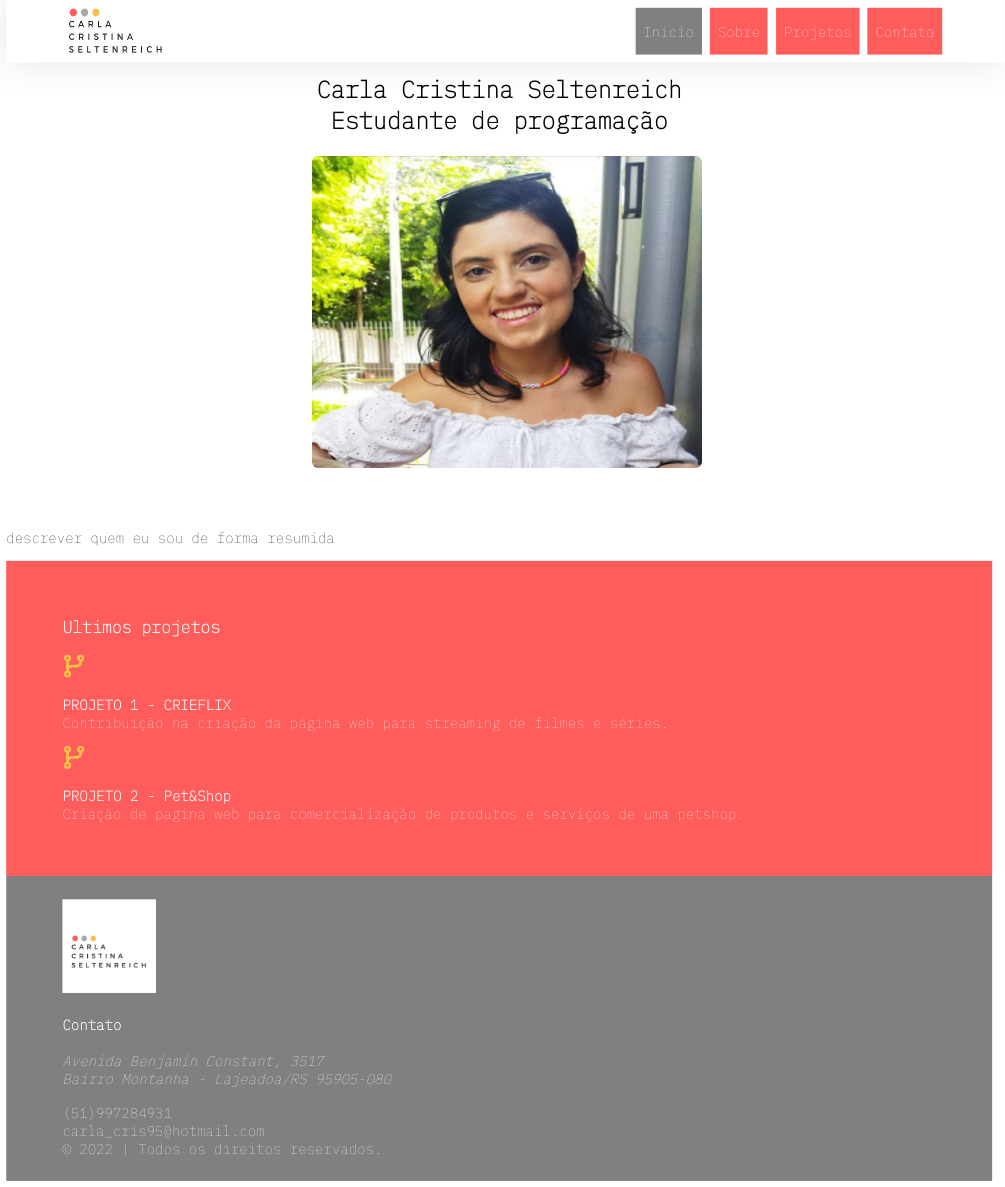
Repository: carla-seltenreich/portfolio
Page: index.html
These files come from the project's save history. The page is drawn as it stood at one moment and after the next save; the edit follows.
The browser window is 1280 px wide. The page is 1288 px wide, so the pictures cover 1288 px, including what lies to the right of the window. The pictures show the whole page, at 78% of full size.

Above is the page before, as saved 2022-05-24 22:43:14.

### index.html
<!DOCTYPE html>
<html lang="en">

<head>
    <meta charset="UTF-8">
    <meta http-equiv="X-UA-Compatible" content="IE=edge">
    <meta name="viewport" content="width=device-width, initial-scale=1.0">
    <title>Carla Cristina Seltenreich</title>
    <link rel="preconnect" href="https://fonts.googleapis.com">
    <link rel="preconnect" href="https://fonts.gstatic.com" crossorigin>
    <link rel="stylesheet" href="style.css">

    <link href="preconnect" href="https://fonts.googleapis.com">
    <link rel="preconnect" href="https://fonts.gstatic.com" crossorigin>
    <link href="https://fonts.googleapis.com/css2?family=IBM+Plex+Mono:wght@100&family=Questrial&display=swap"
        rel="stylesheet">
</head>

<body>
    <header class="header">
        <div class="container header-container">
            <img src="Carla cristina sELTENREICH.jpg" alt="logo" class="brand">
            <ul class="nav">
                <li>
                    <a href="index.html" class="active">Inicio</a>
                </li>
                <li>
                    <a href="about.html">Sobre</a>
                </li>
                <li>
                    <a href="project.html">Projetos</a>
                </li>
                <li>
                    <a href="contact.html">Contato</a>
                </li>
            </ul>
        </div>
    </header>
    <div class="name">
        <h1 class="name-title">
            Carla Cristina Seltenreich<br>
            Estudante de programação
        </h1>
    </div>
    </header>
    <section class="banner">
        <img class="photo-banner" src="carla.png">
    </section>
    <section class="about-home">
        <div class="text-about-home">
            <br>
            <br>
            <br>
            <br>
            <br>
            <br>
            <br>
            <br>
            <br>
            <br>
            <br>
            <br>
            <br>
            <br>
            <br>
            <br>
            <br>
            <br>
            <br>
            <br>
            <title>QUEM SOU EU</title>
            <P>descrever quem eu sou de forma resumida</P>
        </div>
    </section>
    <section class="lastest-projects-home">
        <div class="container">
            <h3>Ultimos projetos</h3>
            <img src="code-branch-solid.svg" alt="logo-project" class="logo-project">
            <p><strong>PROJETO 1 - CRIEFLIX</strong><br>
                Contribuição na criação da página web para streaming de filmes e séries.</p>
            <img src="code-branch-solid.svg" alt="logo-project" class="logo-project">
            <p><strong>PROJETO 2 - Pet&Shop</strong><br>
                Criação de pagina web para comercialização de produtos e serviços de uma petshop.<br>
            </p>
        </div>

    </section>
    <footer class="footer">
        <div class="container">
            <img src="Carla cristina sELTENREICH.png" alt="logo" class="brand">
            <div class="footer-container">
                <div class="footer-contact">
                    <h4>Contato</h4>

                    <address>Avenida Benjamin Constant, 3517 <br />Bairro Montanha - Lajeadoa/RS 95905-080
                    </address>
                    <a href="#">(51)997284931</a>
                    <a href="#">carla_cris95@hotmail.com</a>
                </div>

                <div class="footer-social-medias">

                </div>
                <div class="copyright">© 2022 | Todos os direitos reservados.</div>
            </div>
    </footer>
</body>

</html>

### style.css
body {
    font-family: 'IBM Plex Mono';
    font-size: 18px;
    padding-top: 60px;
}

.container {
    max-width: 1120px;
    margin: 0 auto;
}
.header {
    background: #fff;
    position: absolute;
    width: 100%;
    top: 0;
    z-index: 1;
    padding: 10px 0;
    box-shadow: 0 0 50px rgba(0, 0, 0, 0.1);
    box-sizing: border-box;
    align-items: center;
}

.header-container {
    display: flex;
    justify-content: space-between;
}

.brand {
    max-width: 120px;
}

.nav {
    margin: 0;
    padding: 0;
    list-style: none;
}
.nav li {
    background-color: #ff5c5c;
    display: inline-block;
}
.nav a {
    color: #fff;
    display: block;
    height: 20px;
    padding: 20px 10px;
    text-decoration: none;
}
.nav a:hover {
    color: gray;

}
.nav a.active {
    color: #fff;
    background: gray;
}
.name {
    padding: 7px;
}
.name-title {
    text-align: center;
    font-size: 30px;
}


.photo-banner {
    background-color: #ff5c5c;
    position: absolute;
    width: 500px;
    height: 400px;
    left: 400px;
    top: 200px;
    border-radius: 8px;
}
.lastest-projects-home {
    background-color: #ff5c5c;
    color: #fff;
    padding: 50px;
    position: center;
}
.logo-project {
    width: 30px;
    height: 30px;
}

.footer {
    color: #fff;
    background: grey;
    padding: 30px 0;
}

.footer-container {
    display: block;
    justify-content: center;
}
.footer-contact a {
    display: block;
    color: #fff;
    text-decoration: none;
}

.footer-social-medias {

}

.footer-contact address {
    margin-bottom: 20px;
}

### code-branch-solid.svg
<svg xmlns="http://www.w3.org/2000/svg" viewBox="0 0 448 512"><!--! Font Awesome Pro 6.1.1 by @fontawesome - https://fontawesome.com License - https://fontawesome.com/license (Commercial License) Copyright 2022 Fonticons, Inc. --><path fill= "#ffbd4a" d="M160 80C160 112.8 140.3 140.1 112 153.3V241.1C130.8 230.2 152.7 224 176 224H272C307.3 224 336 195.3 336 160V153.3C307.7 140.1 288 112.8 288 80C288 35.82 323.8 0 368 0C412.2 0 448 35.82 448 80C448 112.8 428.3 140.1 400 153.3V160C400 230.7 342.7 288 272 288H176C140.7 288 112 316.7 112 352V358.7C140.3 371 160 399.2 160 432C160 476.2 124.2 512 80 512C35.82 512 0 476.2 0 432C0 399.2 19.75 371 48 358.7V153.3C19.75 140.1 0 112.8 0 80C0 35.82 35.82 0 80 0C124.2 0 160 35.82 160 80V80zM80 104C93.25 104 104 93.25 104 80C104 66.75 93.25 56 80 56C66.75 56 56 66.75 56 80C56 93.25 66.75 104 80 104zM368 56C354.7 56 344 66.75 344 80C344 93.25 354.7 104 368 104C381.3 104 392 93.25 392 80C392 66.75 381.3 56 368 56zM80 456C93.25 456 104 445.3 104 432C104 418.7 93.25 408 80 408C66.75 408 56 418.7 56 432C56 445.3 66.75 456 80 456z"/></svg>

After the next save:
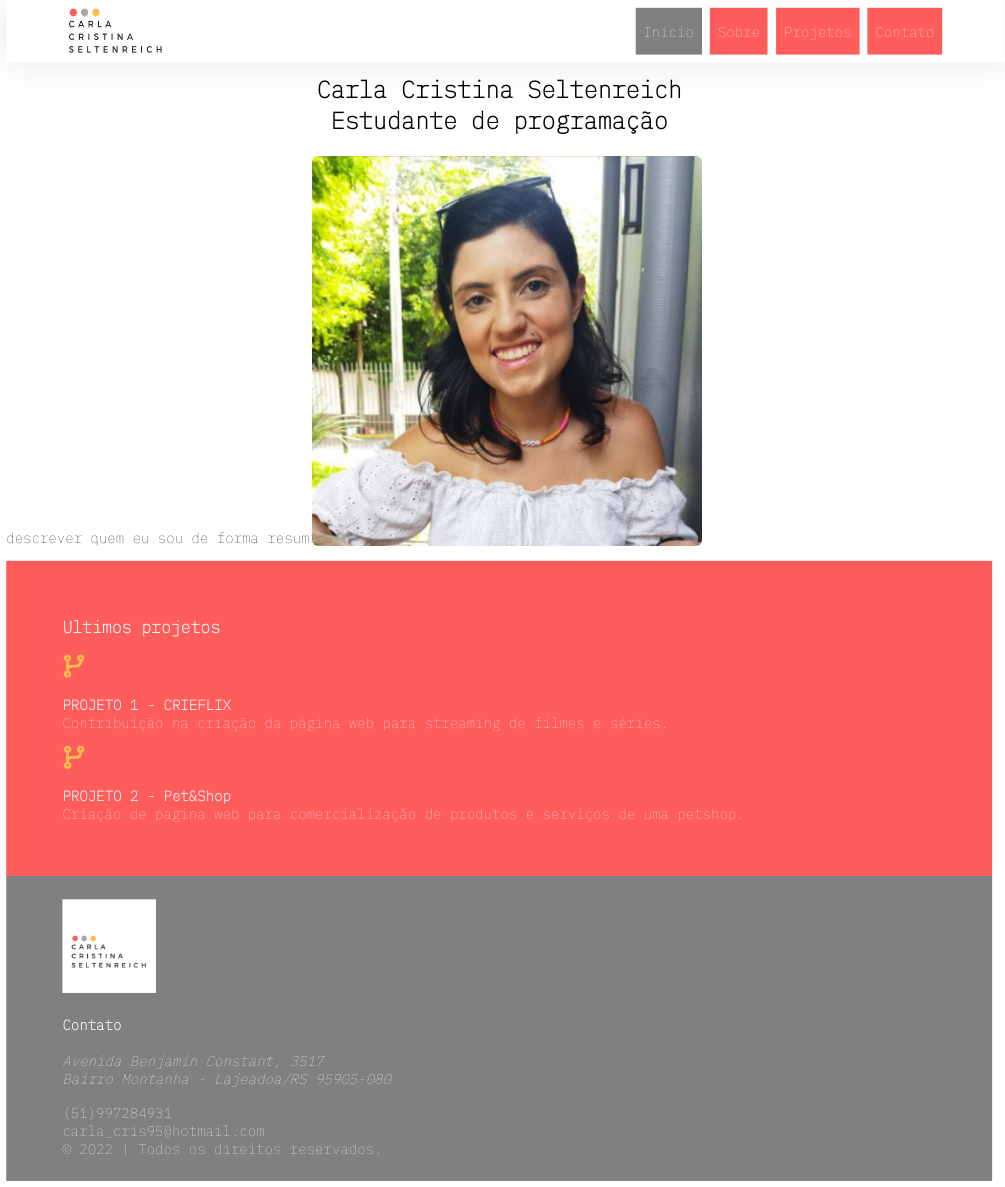
Saved 50 s later.
--- a/style.css
+++ b/style.css
@@ -66,7 +66,6 @@ body {
     background-color: #ff5c5c;
     position: absolute;
     width: 500px;
-    height: 400px;
     left: 400px;
     top: 200px;
     border-radius: 8px;
